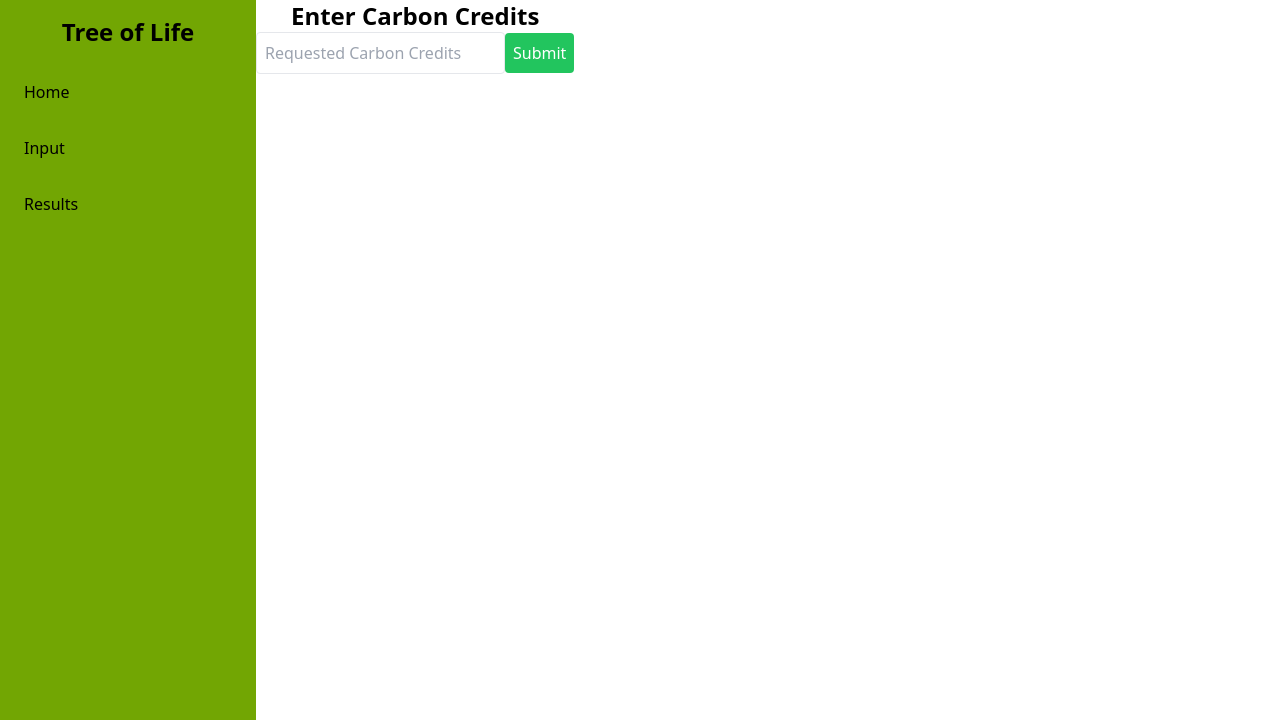
Repository: kayacancode/tolgrainger
Page: /input
An editor plug-in stored every save of this project. The page is shown before and after the next save, followed by the edit.
The browser window is 1280 px wide. The pictures show the whole page.
The project was rebuilt for these pictures with package versions that can differ from the ones it lists, and the page was loaded fresh each time. The framework's server and built-in components were replaced by stand-ins that run in the browser. Also part of the build but not shown: next.config.mjs.

Above is the page before, as saved 2024-10-23 22:07:00.

### src/app/input/page.tsx
"use client";


import { useState } from "react";
import { useRouter } from "next/navigation";
import Sidebar from "@/components/Sidebar";

export default function CarbonInputPage() {
  const [credits, setCredits] = useState<number | "">("");
  const router = useRouter();

  const handleSubmit = (e: React.FormEvent) => {
    e.preventDefault();
    router.push("/result");
  };

  return (
    <form onSubmit={handleSubmit} className="space-y-4 text-center">
      <div className="flex">
        <Sidebar />
        <div className="block text-center items-center">
      <h2 className="text-2xl font-bold">Enter Carbon Credits</h2>
      <input
        type="number"
        placeholder="Requested Carbon Credits"
        value={credits}
        onChange={(e) => setCredits(e.target.value)}
        className=" p-2 border rounded"
      />
        <button type="submit" className="bg-green-500 text-white p-2 rounded">
        Submit
      </button>
      </div>
      </div>

    </form>
  );
}

### src/components/SideBar.tsx
// components/Sidebar.tsx
"use client";

import React, { useState } from 'react';
import { useRouter } from 'next/navigation';

const Sidebar = () => {
  const router = useRouter();
  const [active, setActive] = useState<string>("");

  const handleNavigation = (path: string) => {
    setActive(path);
    router.push(path);
  };

  const links = [
    { name: "Home", path: "/" },
    { name: "Input", path: "/input" },
    { name: "Results", path: "/result" },
  ];

  return (
    <div className="w-64 h-screen bg-[#72A603] text-black flex flex-col">
      <h2 className="text-center text-2xl font-bold py-4">Tree of Life</h2>
      <nav className="flex-1">
        <ul>
          {links.map((link) => (
            <li key={link.path} className="py-2 px-4">
              <button
                className={`w-full text-left p-2 rounded hover:bg-gray-700 ${
                  active === link.path ? "bg-gray-700" : ""
                }`}
                onClick={() => handleNavigation(link.path)}
              >
                {link.name}
              </button>
            </li>
          ))}
        </ul>
      </nav>
    </div>
  );
};

export default Sidebar;

### tailwind.config.js
/** @type {import('tailwindcss').Config} */
module.exports = {
  content: [
    "./src/**/*.{js,jsx,ts,tsx}", // Include all your React components
    "./public/index.html",
  ],
  theme: {
    extend: {},
  },
  plugins: [],
};

Loaded but not shown: src/app/layout.tsx (common file); src/app/globals.css (common file)

After the next save:
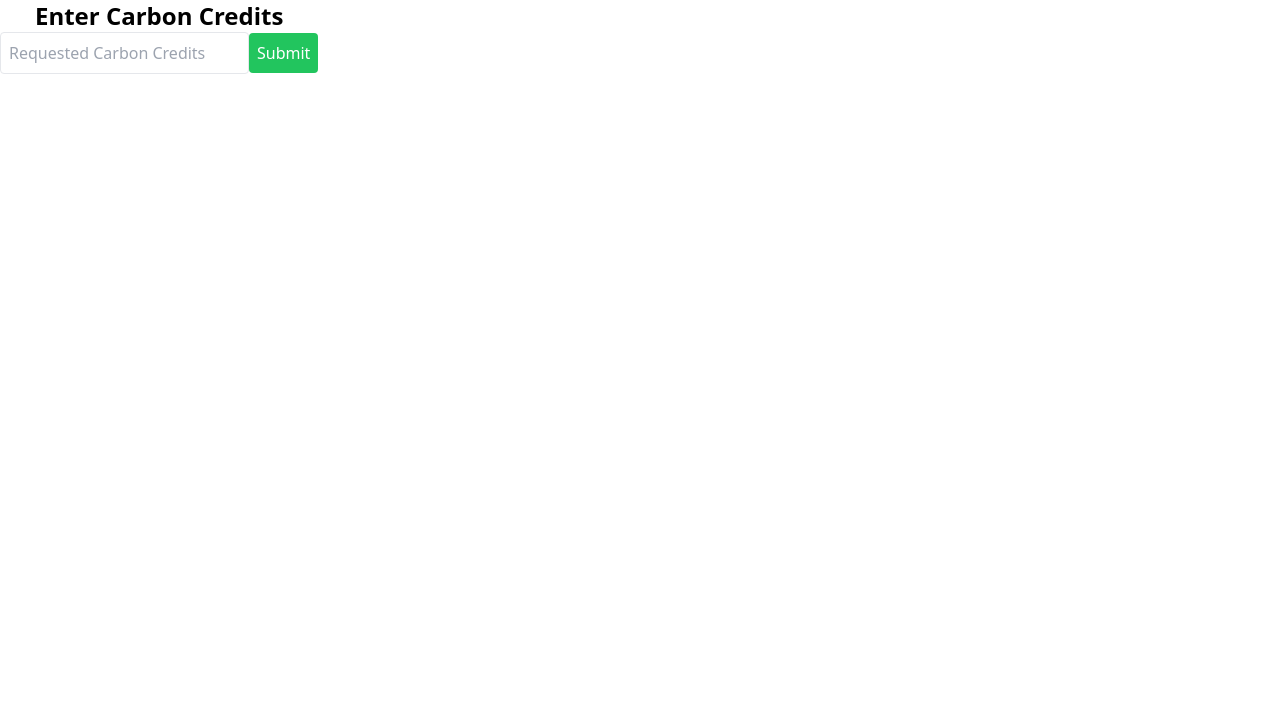
Saved 51 s later.
--- a/src/app/input/page.tsx
+++ b/src/app/input/page.tsx
@@ -17,7 +17,7 @@ export default function CarbonInputPage() {
   return (
     <form onSubmit={handleSubmit} className="space-y-4 text-center">
       <div className="flex">
-        <Sidebar />
+        {/* <Sidebar /> */}
         <div className="block text-center items-center">
       <h2 className="text-2xl font-bold">Enter Carbon Credits</h2>
       <input
